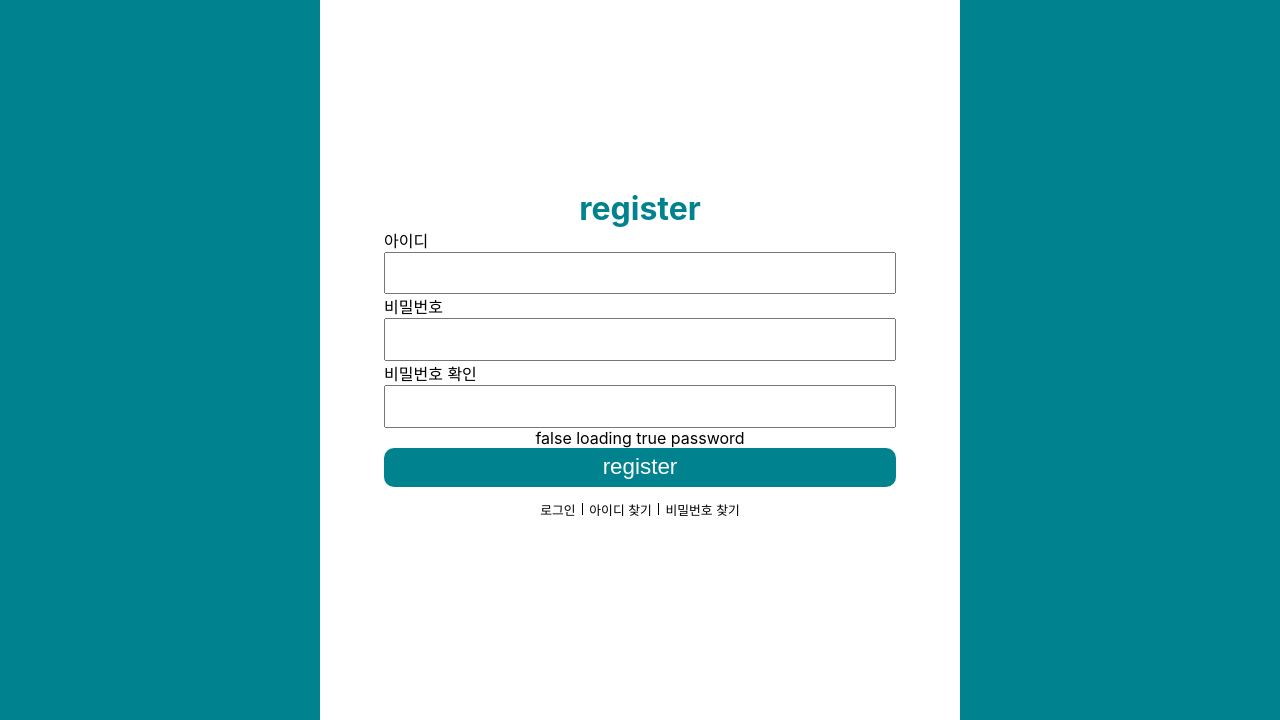
Repository: SeungYn/ticktickup-client
Page: /register
An editor plug-in stored every save of this project. The page is shown before and after the next save, followed by the edit.
The browser window is 1280 px wide. The pictures show the whole page.
The project was rebuilt for these pictures with package versions that can differ from the ones it lists, and the page was loaded fresh each time. Also part of the build but not shown: src/App.tsx, src/pages/Main.tsx, src/pages/TimeDetail.tsx, src/pages/MyInfo.tsx, src/containers/auth/LoginFormContainer.tsx, src/pages/LoginPage.tsx.

Above is the page before, as saved 2023-01-03 21:04:06.

After the next save:
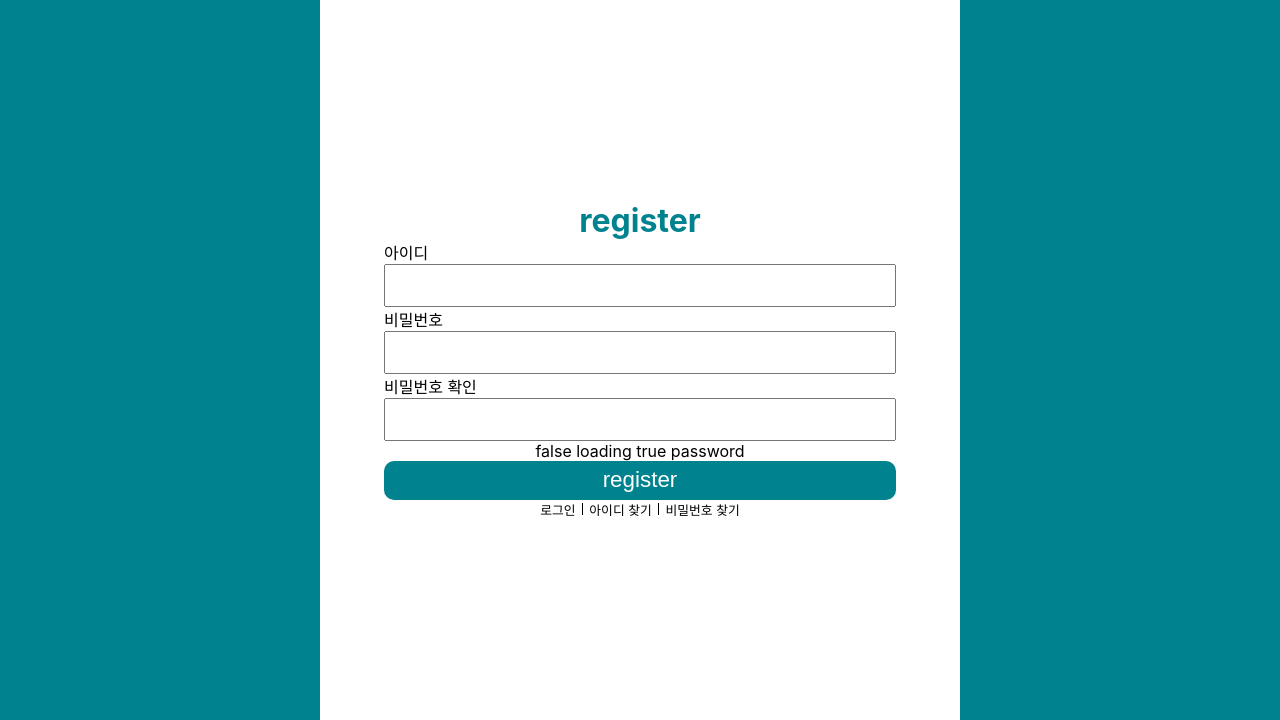
Saved 20 s later.
--- a/src/components/auth/authForm.modue.scss
+++ b/src/components/auth/authForm.modue.scss
@@ -11,7 +11,7 @@
 
   padding: 0 4rem;
 
-  & > *:not(label) {
+  & + *:not(label) {
     margin-bottom: 0.8rem;
   }
 

After the save that followed:
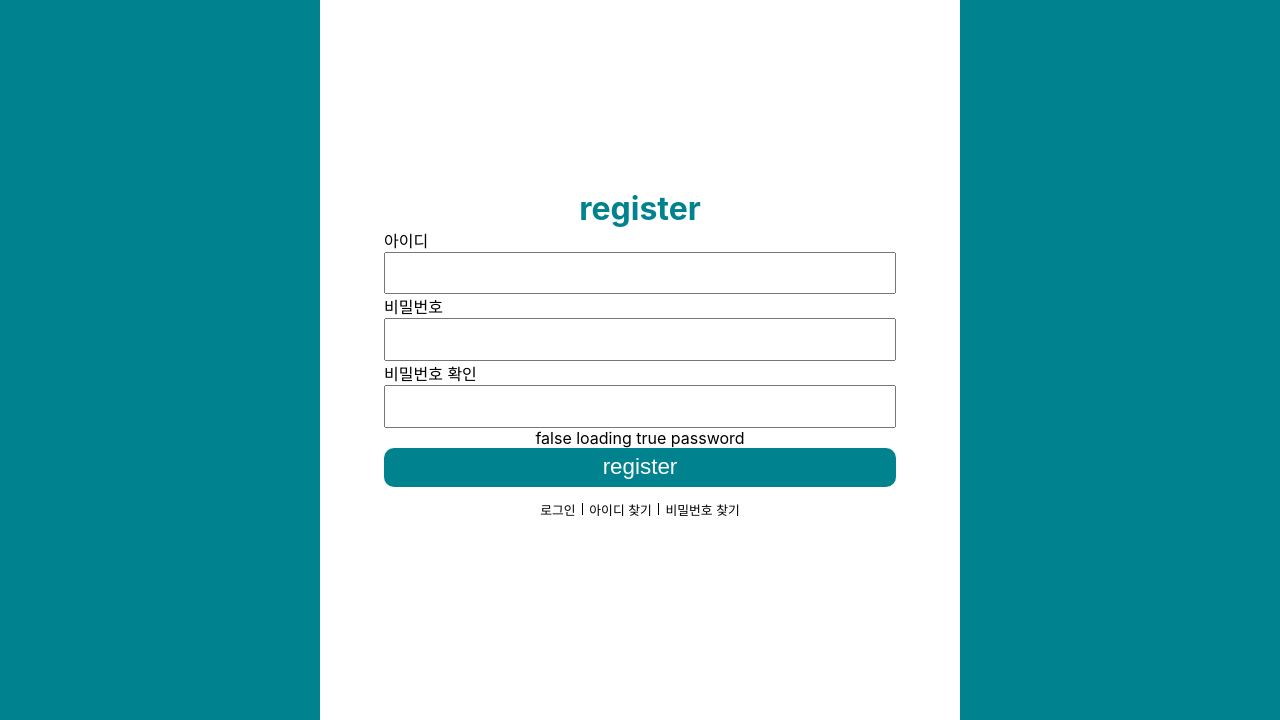
Saved 6 s later.
--- a/src/components/auth/authForm.modue.scss
+++ b/src/components/auth/authForm.modue.scss
@@ -11,7 +11,7 @@
 
   padding: 0 4rem;
 
-  & + *:not(label) {
+  & > *:not(label) {
     margin-bottom: 0.8rem;
   }
 
